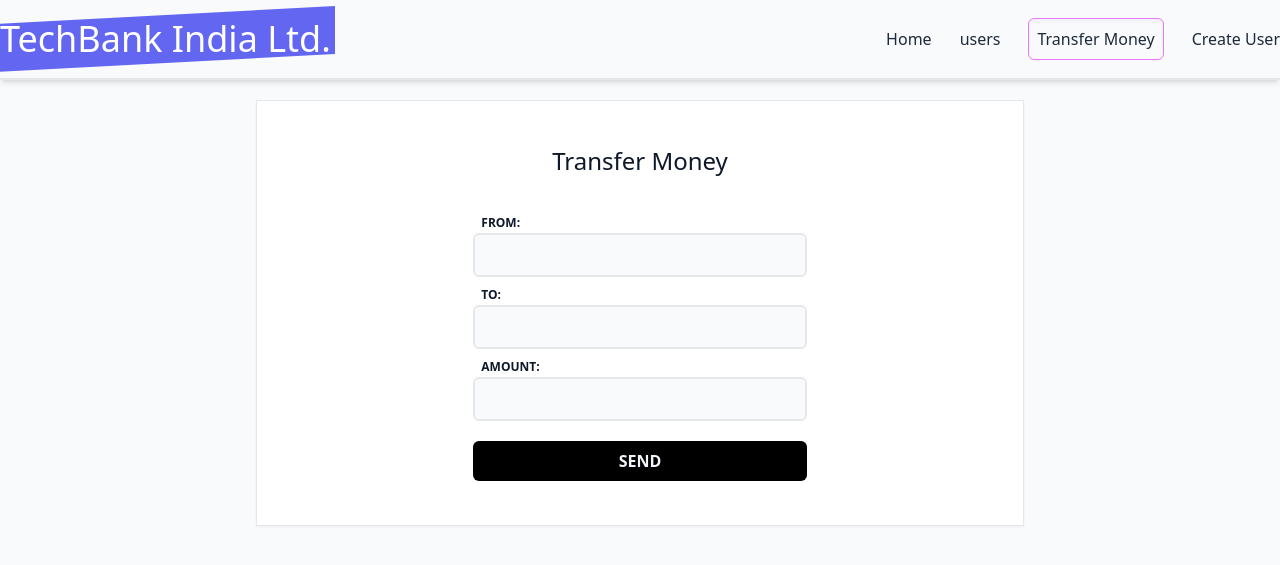
Repository: gauribhardwajj/Banking-System-TSF
Page: /transferMoney
These files come from the project's save history. The page is drawn as it stood at one moment and after the next save; the edit follows.
The browser window is 1280 px wide. The pictures show the whole page.
The page's requests for data from a server got no answer. The project was rebuilt for these pictures with package versions that can differ from the ones it lists, and the page was loaded fresh each time. A package was used in the major version that the imports need, not the one package.json lists. The framework's server and built-in components were replaced by stand-ins that run in the browser. No one was signed in, and anything a server would have sent is missing. Also part of the build but not shown: next.config.js.

Above is the page before, as saved 2024-07-26 00:25:13.

### pages/transferMoney.js
import { useState } from "react";
import { getusers, sendmoney } from "../utils/request";
import Head from "next/head";
import { useRouter } from "next/router";
import Navbar from "../components/Navbar";

function TransferMoney({ users }) {
  const router = useRouter();
  const [fromUser, setFromUser] = useState("");
  const [toUser, setToUser] = useState(router.query.id);
  const [amount, setAmount] = useState("");
  const [error, setError] = useState("");
  const [success, setSuccess] = useState("");
  const [loading, setLoading] = useState(false);

  const isValidated = () => {
    if (!fromUser) {
      setError("Select sender details");
      return false;
    }
    if (!toUser) {
      setError("Select receiver details");
      return false;
    }
    if (!amount) {
      setError("Enter Amount");
      return false;
    }
    if (fromUser === toUser) {
      setError("Sender can only send money to others but not himself");
      return false;
    }
    return true;
  };

  const transferMoney = async (e) => {
    e.preventDefault();
    if (error || loading) return;
    if (!isValidated()) return;

    setLoading(true);

    // send money
    const payload = {
      fromUser,
      toUser,
      amount,
    };
    const res = await sendmoney(payload);

    if (res.hasError) {
      setError(res.errorMessage);
    } else {
      setError("");
      setFromUser("");
      setToUser("");
      setAmount("");
      setSuccess(res.data.message);
    }

    setLoading(false);
    setError("");
  };

  return (
    <div className="min-h-screen w-full bg-slate-50 text-slate-900 antialiased">
      <Head>
        <title>Transfer-Money</title>
        <link rel="icon" href="/favicon.png" />
      </Head>

      <Navbar />

      <main className="mx-auto flex h-full w-screen items-center justify-between px-5 md:max-w-screen-2xl md:px-0 xl:max-w-screen-xl">
        <div className="w-full py-5">
          <section className="relative mx-auto flex w-full max-w-screen-md flex-col items-center gap-y-8 gap-x-16 border-[0.2px] bg-white p-11 shadow-sm">
            <h1 className="text-2xl">Transfer Money</h1>

            {error && (
              <p className="text-red-500 text-center capitalize font-semibold text-sm">
                {error}
              </p>
            )}
            {success && (
              <p className="text-green-500 text-center capitalize font-semibold text-sm">
                {success}
              </p>
            )}
            <form
              onSubmit={transferMoney}
              className="flex flex-col gap-y-1 items-center justify-center"
            >
              <div className="w-full">
                <label htmlFor="subject" className="label">
                  From:
                </label>
                <input
                  className="input"
                  list="branch"
                  value={fromUser}
                  onChange={(e) => {
                    setFromUser(e.target.value);
                    setError("");
                  }}
                />
                <datalist className="input" name="branch" id="branch">
                  {users?.data?.map((user) => (
                    <option key={user._id} value={user._id}>
                      {user.name}
                    </option>
                  ))}
                </datalist>
              </div>

              <div className="w-full">
                <label htmlFor="subject" className="label">
                  To:
                </label>
                <input
                  className="input"
                  list="branch"
                  value={toUser}
                  onChange={(e) => {
                    setToUser(e.target.value);
                    setError("");
                  }}
                />
                <datalist className="input" name="branch" id="branch">
                  {users?.data?.map((user) => (
                    <option key={user.name} value={user._id}>
                      {user.name}
                    </option>
                  ))}
                </datalist>
              </div>

              <div className="w-full">
                <label htmlFor="amount" className="label">
                  Amount:
                </label>
                <input
                  className="input"
                  type="text"
                  name="amount"
                  value={amount}
                  onChange={(e) => {
                    setAmount(e.target.value);
                    setError("");
                  }}
                />
              </div>

              <button
                type="submit"
                className="w-full mt-4 rounded-md bg-black p-2 px-3 font-semibold uppercase text-slate-100 transition-all hover:bg-purple-500 hover:text-white hover:ring-2 hover:ring-purple-500 cursor-pointer text-center"
              >
                Send
              </button>
            </form>
          </section>
        </div>
      </main>
    </div>
  );
}

export default TransferMoney;

export async function getServerSideProps(context) {
  const users = await getusers();

  return {
    props: { users },
  };
}

### styles/globals.css
@tailwind base;
@tailwind components;
@tailwind utilities;

@layer base {
  html {
    -webkit-tap-highlight-color: transparent;
  }

  ::-webkit-scrollbar {
    width: 6px;
  }

  ::-webkit-scrollbar-track {
    -webkit-box-shadow: inset 0 0 6px rgba(0, 0, 0, 0.5);
    -webkit-border-radius: 10px;
    border-radius: 10px;
  }

  ::-webkit-scrollbar-thumb {
    -webkit-border-radius: 10px;
    border-radius: 10px;
    background: rgba(0, 0, 0, 0.4);
    -webkit-box-shadow: inset 0 0 6px rgba(0, 0, 0, 0.5);
  }

  ::-webkit-scrollbar-thumb:window-inactive {
    background: rgba(0, 0, 0, 0.6);
  }
}

@layer components {
  .link {
    @apply cursor-pointer select-none text-blue-500 transition-all hover:text-purple-400 hover:underline;
  }
  .active {
    @apply border-[0.2px] border-fuchsia-400 shadow-inner rounded-md p-2;
  }
  .input {
    @apply w-full rounded-md border-2 bg-slate-50 p-2 px-3 text-gray-600 outline-none focus-within:shadow-md;
  }
  .label {
    @apply p-2 text-xs font-semibold uppercase;
  }
}

### utils/request.js
import axios from "axios";
import { server } from "../config";
import { getValue } from "./common";

export const createuser = async (payload) => {
  try {
    const res = await axios.post("/api/signup", payload);
    return res.data;
  } catch (error) {
    const errorMsg = getValue(error, ["response", "data"]);
    if (typeof errorMsg.errorMessage === "object") {
      if (
        errorMsg.errorMessage.code === 11000 &&
        "username" in errorMsg.errorMessage.keyValue
      ) {
        return { hasError: true, errorMessage: "Username already exists" };
      }
      if (
        errorMsg.errorMessage.code === 11000 &&
        "email" in errorMsg.errorMessage.keyValue
      ) {
        return { hasError: true, errorMessage: "Email already exists" };
      }
      return { hasError: true, errorMessage: "Invalid data" };
    }
    return errorMsg;
  }
};

export const getusers = async () => {
  try {
    const res = await axios.get(`${server}/api/user`);
    return res.data;
  } catch (error) {
    const errorMsg = getValue(error, ["response", "data"]);
    return errorMsg;
  }
};

export const getuser = async (id) => {
  try {
    const res = await axios.get(`${server}/api/user/${id}`);
    return res.data;
  } catch (error) {
    const errorMsg = getValue(error, ["response", "data"]);
    return errorMsg;
  }
};

export const sendmoney = async (payload) => {
  try {
    const res = await axios.put(`${server}/api/transferMoney`, payload);
    return res.data;
  } catch (error) {
    const errorMsg = getValue(error, ["response", "data"]);
    return errorMsg;
  }
};

### components/Navbar.js
// import { LogoutIcon, UserCircleIcon } from "@heroicons/react/outline";
import { useRouter } from "next/router";

function Navbar() {
  const router = useRouter();

  return (
    <div className={`h-20 border-b-2 shadow-md z-50`}>
      <div className="w-screen px-5 md:px-0 md:max-w-screen-2xl xl:max-w-screen-xl mx-auto flex items-center justify-between h-full">
        <div>
          <h1
            onClick={() => router.push(`/`)}
            className="hidden md:inline-block font-Dongle text-4xl before:block before:absolute before:-inset-1 before:-skew-y-3 before:bg-indigo-500 relative hover:cursor-pointer"
          >
            <span className="relative text-white">
              TechBank India Ltd.
            </span>
          </h1>
        </div>
        <ul className="flex items-center space-x-4 sm:space-x-7">
          <li
            onClick={() => router.push("/")}
            className={`link text-slate-800 text-sm sm:text-base ${
              router.pathname === "/" && "active"
            }`}
          >
            Home
          </li>
          <li
            onClick={() => router.push("/users")}
            className={`link text-slate-800 text-sm sm:text-base ${
              router.pathname === "/users" && "active"
            }`}
          >
            users
          </li>
          <li
            onClick={() => router.push(`/transferMoney`)}
            className={`link text-slate-800 ${
              router.pathname === "/transferMoney" && "active"
            }`}
          >
            Transfer Money
          </li>
          <li
            onClick={() => router.push(`/createUser`)}
            className={`link text-slate-800 ${
              router.pathname === "/createUser" && "active"
            }`}
          >
            Create User
          </li>
        </ul>
      </div>
    </div>
  );
}

export default Navbar;

### config/index.js
const dev = process.env.NODE_ENV !== "production";

export const server = dev
  ? "http://localhost:3000"
  : "https://banking-system-grip-tsf.vercel.app";

### utils/common.js
export const errorHandler = (data, res, code = 400) => {
  res.status(code).json({
    hasError: true,
    errorMessage: data,
  });
};

export const responseHandler = (data, res, code = 200) => {
  res.status(code).json({
    hasError: false,
    data,
  });
};

export const validateAllOnce = (fields) => {
  for (let key in fields) {
    if (typeof fields[key] === "string") {
      if (fields[key].trim() === "") {
        throw `${key} required`;
      }
    } else {
      if (fields[key] === null) {
        throw `${key} required`;
      }
    }
  }
};

export const hasOnlyNumbers = (str) => {
  if (!/^[0-9]+$/.test(str)) {
    throw `Amount should contain only numbers`;
  }
};

export const getValue = (obj, path, defaultValue) => {
  try {
    if (!(obj instanceof Array)) {
      let myValue = obj;
      for (const key of path) {
        if (!key) {
          break;
        }
        if (!key in myValue) {
          return defaultValue;
        } else {
          myValue = myValue[key];
        }
      }
      return myValue;
    }
  } catch (error) {
    return defaultValue;
  }
};

Loaded but not shown: pages/_app.js (common file); tailwind.config.js (common file)

After the next save:
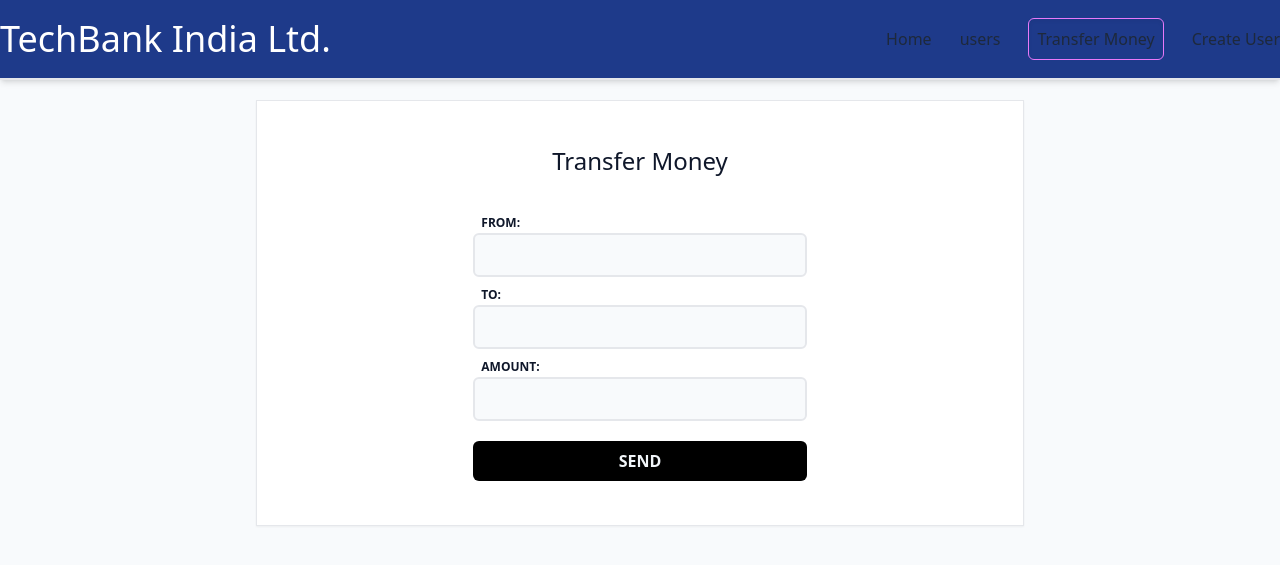
Saved 53 s later.
--- a/components/Navbar.js
+++ b/components/Navbar.js
@@ -6,11 +6,11 @@ function Navbar() {
 
   return (
     <div className={`h-20 border-b-2 shadow-md z-50`}>
-      <div className="w-screen px-5 md:px-0 md:max-w-screen-2xl xl:max-w-screen-xl mx-auto flex items-center justify-between h-full">
+      <div className="w-screen bg-blue-900 px-5 md:px-0 md:max-w-screen-2xl xl:max-w-screen-xl mx-auto flex items-center justify-between h-full">
         <div>
           <h1
             onClick={() => router.push(`/`)}
-            className="hidden md:inline-block font-Dongle text-4xl before:block before:absolute before:-inset-1 before:-skew-y-3 before:bg-indigo-500 relative hover:cursor-pointer"
+            className="hidden md:inline-block font-Dongle text-4xl before:block before:absolute relative hover:cursor-pointer"
           >
             <span className="relative text-white">
               TechBank India Ltd.
